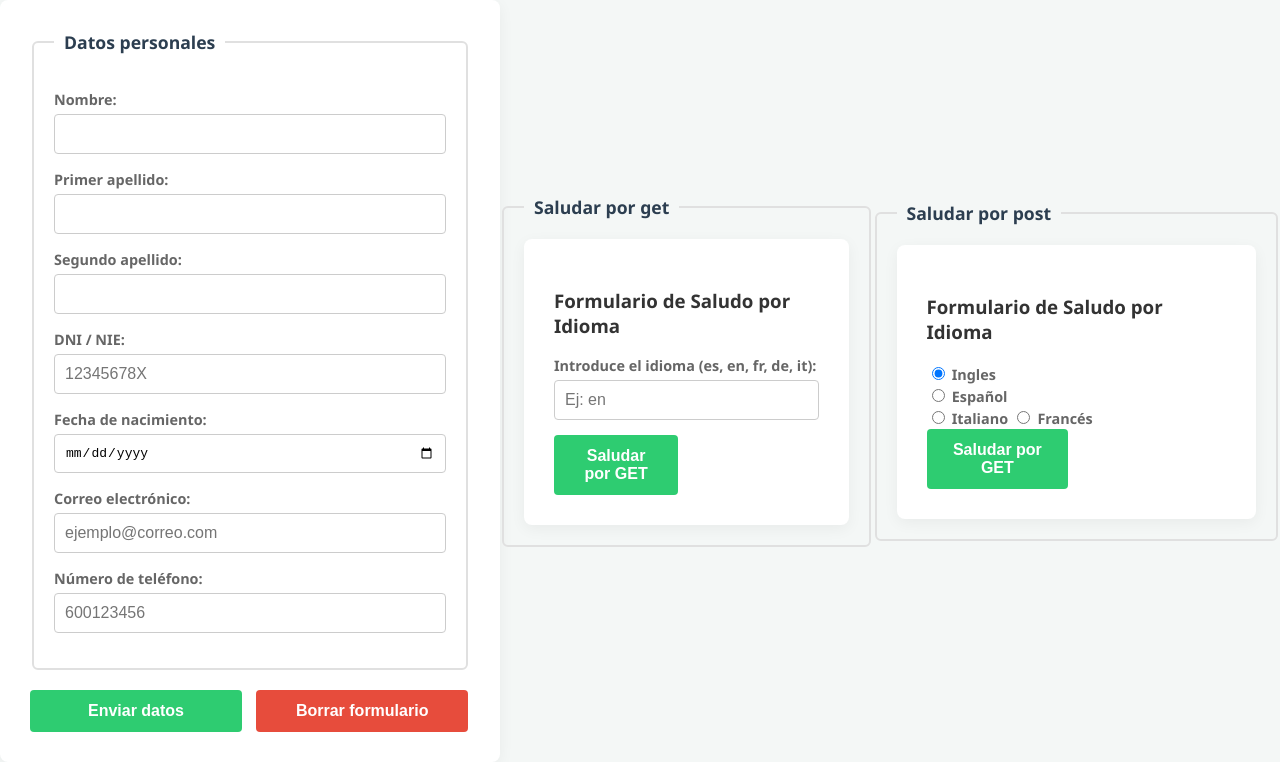
Repository: Daniel-gc271/Acceso-a-datos
Page: webapp-example/src/main/webapp/Ej5-post.html
An editor plug-in stored every save of this project. The page is shown before and after the next save, followed by the edit.
The browser window is 1280 px wide. The pictures show the whole page.

Above is the page before, as saved 2026-10-05 10:38:05.

### webapp-example/src/main/webapp/Ej5-post.html
<!DOCTYPE html>
<html>
<head>
<meta charset="UTF-8">
<title>Insert title here</title>
<link rel="stylesheet" href="estilos.css">
</head>
<body>
	<form action="Ej5Post_ejemplo" method="post">
		<fieldset>
			<legend>Datos personales</legend>

			<!-- Nombre -->
			<p>
				<label for="nombre">Nombre:</label> <input type="text" name="nombre"
					id="nombre" required>
			</p>

			<!-- Apellidos -->
			<p>
				<label for="apellido1">Primer apellido:</label> <input type="text"
					name="apellido1" id="apellido1" required>
			</p>
			<p>
				<label for="apellido2">Segundo apellido:</label> <input type="text"
					name="apellido2" id="apellido2">
			</p>

			<!-- DNI / NIE -->
			<p>
				<label for="dni">DNI / NIE:</label> <input type="text" name="dni"
					id="dni" placeholder="12345678X">
			</p>

			<!-- Fecha de nacimiento -->
			<p>
				<label for="nacimiento">Fecha de nacimiento:</label> <input
					type="date" name="nacimiento" id="nacimiento">
			</p>

			<!-- Correo electrónico -->
			<p>
				<label for="email">Correo electrónico:</label> <input type="email"
					name="email" id="email" placeholder="ejemplo@correo.com">
			</p>

			<!-- Número de teléfono -->
			<p>
				<label for="telefono">Número de teléfono:</label> <input type="tel"
					name="telefono" id="telefono" placeholder="600123456">
			</p>

		</fieldset>

		<!-- Botones de acción -->
		<button type="submit">Enviar datos</button>
		<button type="reset">Borrar formulario</button>
	</form>

<fieldset>
			<legend>Saludar por get</legend>
	<form action="Ej5Post_ejemplo" method="get" >
	<h3>Formulario de Saludo por Idioma</h3>

	<!-- Enviamos la variable saludo de forma fija -->
	<input type="hidden" name="saludo" value="Hola">

	<p>
		<label for="idioma">Introduce el idioma (es, en, fr, de, it):</label>
		<input type="text" name="idioma" id="idioma" placeholder="Ej: en" required>
	</p>

	<button type="submit">Saludar por GET</button>
</form>
</fieldset>



<fieldset>
			<legend>Saludar por post</legend>
	<form action="Ej5Post_ejemplo" method="post" >
	<h3>Formulario de Saludo por Idioma</h3>




  <input type="radio" id="ingles" name="so" value="Hello World!" checked>
  <label for="ingles">Ingles</label><br>

  <input type="radio" id="español" name="so" value="19 de julio de 2026 campeones del mundo!">
  <label for="español">Español</label><br>

  <input type="radio" id="italiano" name="so" value="Ciao a tutti">
  <label for="italiano">Italiano</label>


	<input type="radio" id="frances" name="so" value="bonjour le gars">
  <label for="frances">Francés</label>




	<button type="submit">Saludar por GET</button>
</form>
</fieldset>


</body>
</html>

### webapp-example/src/main/webapp/estilos.css
/* Estilos generales */
body {
    font-family: 'Segoe UI', Tahoma, Geneva, Verdana, sans-serif;
    background-color: #f4f7f6;
    color: #333;
    display: flex;
    justify-content: center;
    align-items: center;
    min-height: 100vh;
    margin: 0;
}

/* Contenedor del formulario */
form {
    background-color: #ffffff;
    padding: 30px;
    border-radius: 8px;
    box-shadow: 0 4px 15px rgba(0, 0, 0, 0.05);
    max-width: 500px;
    width: 100%;
    box-sizing: border-box;
}

/* Agrupación por secciones */
fieldset {
    border: 2px solid #e0e0e0;
    border-radius: 6px;
    padding: 20px;
    margin-bottom: 20px;
}

legend {
    font-weight: bold;
    color: #2c3e50;
    padding: 0 10px;
    font-size: 1.1em;
}

/* Filas del formulario */
p {
    margin-bottom: 15px;
    display: flex;
    flex-direction: column;
}

/* Etiquetas */
label {
    margin-bottom: 5px;
    font-size: 0.9em;
    color: #666;
    font-weight: 600;
}

/* Campos de entrada (inputs) */
input[type="text"],
input[type="date"],
input[type="email"],
input[type="tel"] {
    padding: 10px;
    border: 1px solid #ccc;
    border-radius: 4px;
    font-size: 1em;
    outline: none;
    transition: border-color 0.3s ease;
}

input:focus {
    border-color: #3498db;
    box-shadow: 0 0 5px rgba(52, 152, 219, 0.3);
}

/* Botones */
button {
    padding: 12px 20px;
    border: none;
    border-radius: 4px;
    font-size: 1em;
    font-weight: bold;
    cursor: pointer;
    transition: background-color 0.3s ease;
    margin-right: 10px;
    width: calc(50% - 8px);
    display: inline-block;
}

button[type="submit"] {
    background-color: #2ecc71;
    color: white;
}

button[type="submit"]:hover {
    background-color: #27ae60;
}

button[type="reset"] {
    background-color: #e74c3c;
    color: white;
    margin-right: 0;
}

button[type="reset"]:hover {
    background-color: #c0392b;
}

/* Responsive para los botones */
@media (max-width: 480px) {
    button {
        width: 100%;
        margin-bottom: 10px;
        margin-right: 0;
    }
    button[type="reset"] {
        margin-bottom: 0;
    }
}

After the next save:
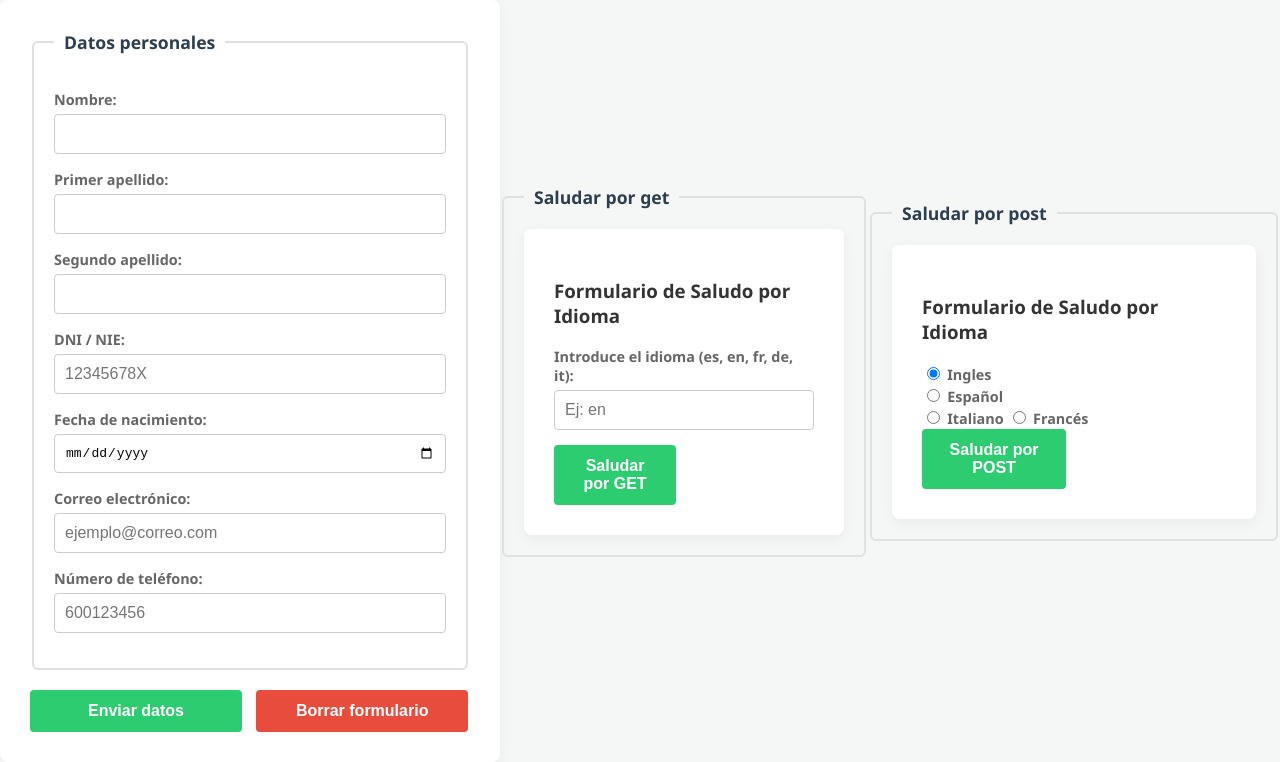
Saved 25 s later.
--- a/webapp-example/src/main/webapp/Ej5-post.html
+++ b/webapp-example/src/main/webapp/Ej5-post.html
@@ -100,7 +100,7 @@
 
 
 
-	<button type="submit">Saludar por GET</button>
+	<button type="submit">Saludar por POST</button>
 </form>
 </fieldset>
 
